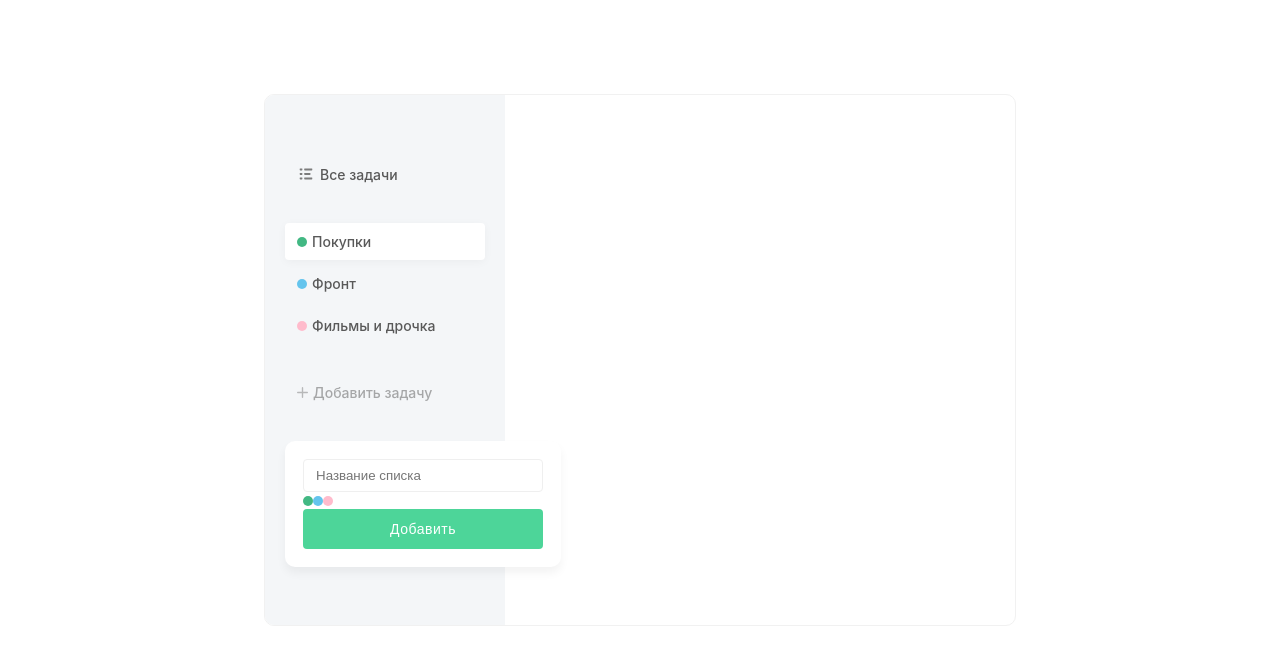
Repository: AzimAzimov/Todo
Page: /
The author's editor kept a copy of each file at every save. The page is drawn from the files as they stood at one save, then again after the next save.
The browser window is 1280 px wide. The pictures show the whole page.
The project was rebuilt for these pictures with package versions that can differ from the ones it lists, and the page was loaded fresh each time.

Above is the page before, as saved 2023-02-19 15:07:32.

After the next save:
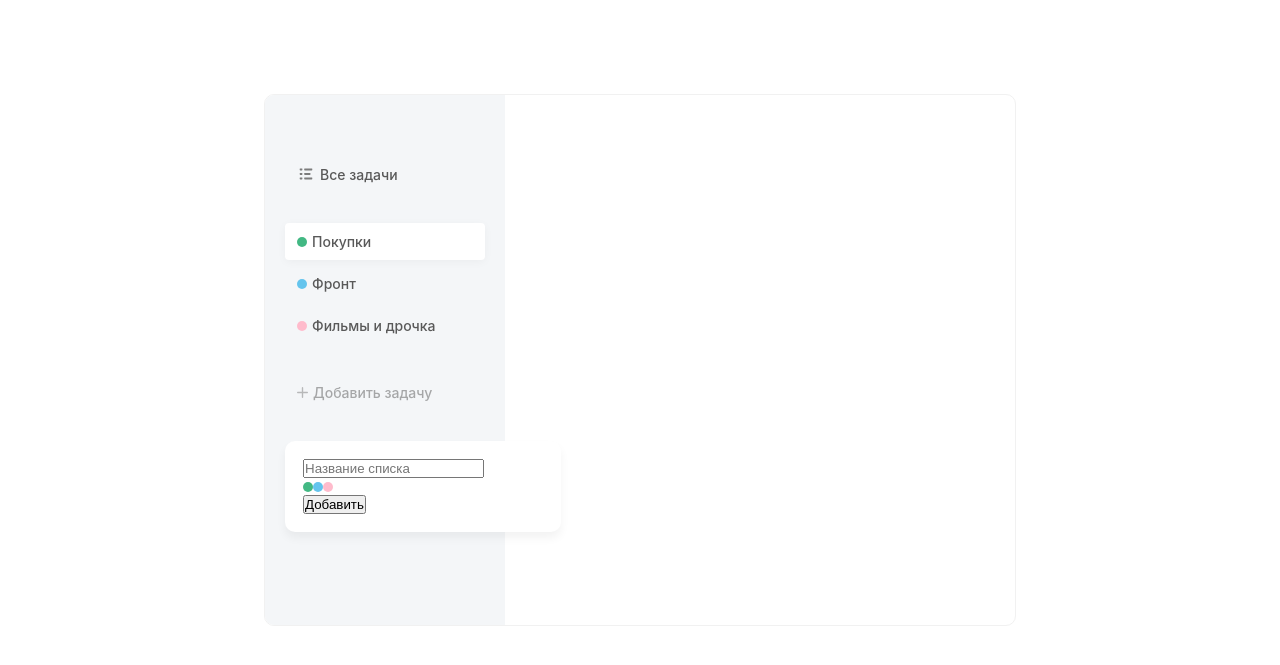
Saved 7 s later.
--- a/src/components/addButtonList/AddListButton.scss
+++ b/src/components/addButtonList/AddListButton.scss
@@ -11,35 +11,4 @@
       }
     }
   }
-
-  .field {
-    width: 100%;
-    background: #FFFFFF;
-    border: 1px solid #EFEFEF;
-    border-radius: 4px;
-    box-sizing: border-box;
-    padding: 8px 12px;
-    &:focus {
-      border-color: #dadada;
-    }
-  }
-
-  .button {
-    cursor: pointer;
-    width: 100%;
-    padding: 12px 20px;
-    background: #4DD599;
-    border-radius: 4px;
-    border: none;
-    letter-spacing: .5px;
-    font-size: 14px;
-    color: #FFFFFF;
-    transition: all 0.3 ease;
-    &:hover {
-      background: darken(#4DD599, 4%);
-    }
-    &:active {
-      background: darken(#4DD599, 12%);
-    }
-  }
 }

After the 4 saves that followed:
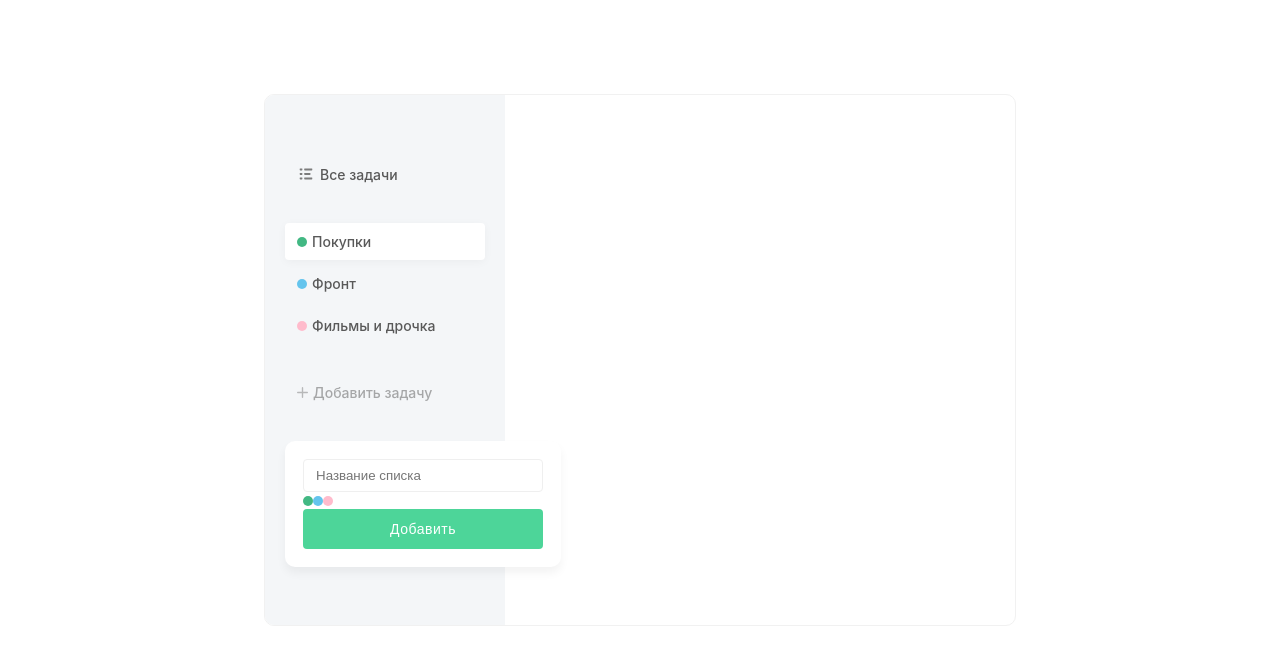
The 4 saves are shown as one change because they came seconds apart.
The last was saved 12 s later.
--- a/src/components/addButtonList/AddListButton.scss
+++ b/src/components/addButtonList/AddListButton.scss
@@ -11,4 +11,35 @@
       }
     }
   }
+
+  .field {
+    width: 100%;
+    background: #FFFFFF;
+    border: 1px solid #EFEFEF;
+    border-radius: 4px;
+    box-sizing: border-box;
+    padding: 8px 12px;
+    &:focus {
+      border-color: #dadada;
+    }
+  }
+
+  .button {
+    cursor: pointer;
+    width: 100%;
+    padding: 12px 20px;
+    background: #4DD599;
+    border-radius: 4px;
+    border: none;
+    letter-spacing: .5px;
+    font-size: 14px;
+    color: #FFFFFF;
+    transition: all 0.3 ease;
+    &:hover {
+      background: darken(#4DD599, 4%);
+    }
+    &:active {
+      background: darken(#4DD599, 12%);
+    }
+  }
 }
